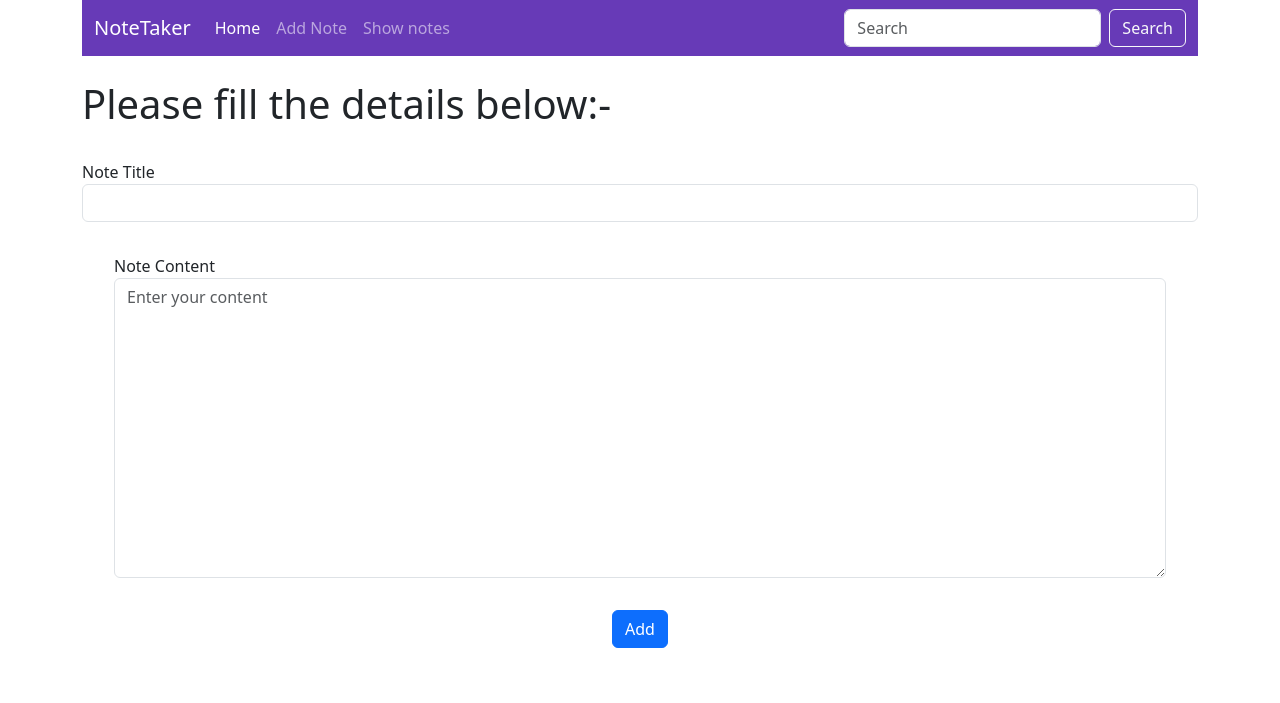
Repository: smritihbtu/Note-Maker
Page: http://localhost/NoteTaker/add_notes.jsp
An editor plug-in stored every save of this project. The page is shown before and after the next save, followed by the edit.
The browser window is 1280 px wide. The pictures show the whole page.
The page is served by Tomcat 9. Other server files are loaded and not shown.

Above is the page before, as saved 2023-08-20 07:49:26.

### NoteTaker/src/main/webapp/add_notes.jsp
<%@ page language="java" contentType="text/html; charset=ISO-8859-1"
    pageEncoding="ISO-8859-1"%>
<!DOCTYPE html>
<html>
<head>
<meta charset="ISO-8859-1">
<meta charset="utf-8">
    <meta name="viewport" content="width=device-width, initial-scale=1">
    <title>Bootstrap demo</title>
    <link rel="stylesheet" href="css/style.css" />
  <link href="https://cdn.jsdelivr.net/npm/bootstrap@5.3.1/dist/css/bootstrap.min.css" rel="stylesheet" integrity="sha384-4bw+/aepP/YC94hEpVNVgiZdgIC5+VKNBQNGCHeKRQN+PtmoHDEXuppvnDJzQIu9" crossorigin="anonymous">

<title>Insert title here</title>
</head>
<body>
<div class="container">
<%@include file="navbar.jsp" %>

<br>
<h1>Please fill the details below:-</h1>
<br>

<!-- form added  -->

<form action="SaveNoteServlet" method="post" >
  <div class="form-group">
    <label for="title" >Note Title</label>
    <input required type="text" class="form-control" id="title" aria-describedby="emailHelp">

  </div>



  <div class="form-group p-3 m-3">
    <label for="content" >Note Content</label>
    <textarea required id="content" placeholder= "Enter your content"
    class="form-control " style = "height:300px;"></textarea>
  </div>
  <div class="container text-center">
  <button type="submit" class="btn btn-primary">Add</button>
  </div>
</form>
</div>
</body>
</html>

### NoteTaker/src/main/webapp/navbar.jsp
<nav class="navbar navbar-expand-lg navbar-dark purple">
  <div class="container-fluid">
    <a class="navbar-brand" href="#">NoteTaker</a>
    <button class="navbar-toggler" type="button" data-bs-toggle="collapse" data-bs-target="#navbarSupportedContent" aria-controls="navbarSupportedContent" aria-expanded="false" aria-label="Toggle navigation">
      <span class="navbar-toggler-icon"></span>
    </button>
    <div class="collapse navbar-collapse" id="navbarSupportedContent">
      <ul class="navbar-nav me-auto mb-2 mb-lg-0">
        <li class="nav-item">
          <a class="nav-link active" aria-current="page" href="index.jsp">Home</a>
        </li>
        <li class="nav-item">
          <a class="nav-link" href="add_notes.jsp">Add Note</a>
        </li>

        <li class="nav-item">
          <a class="nav-link " href="all_notes.jsp">Show notes</a>
        </li>
      </ul>
      <form class="d-flex" role="search">
        <input class="form-control me-2" type="search" placeholder="Search" aria-label="Search">
        <button class="btn btn-outline-light" type="submit">Search</button>
      </form>
    </div>
  </div>
</nav>
</html>

### NoteTaker/src/main/webapp/css/style.css
.purple{
	background :#673ab7;
}
/* .container{
	background-color: red;
} */

After the next save:
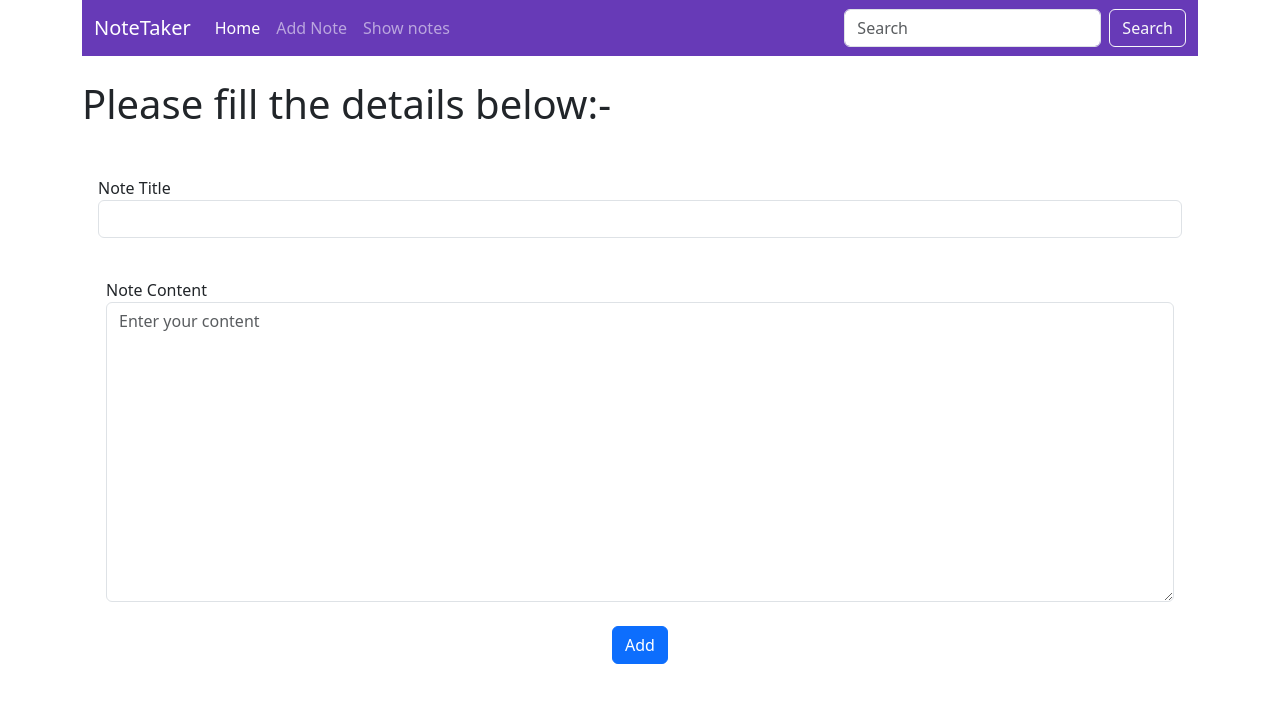
Saved 51 s later.
--- a/NoteTaker/src/main/webapp/add_notes.jsp
+++ b/NoteTaker/src/main/webapp/add_notes.jsp
@@ -23,7 +23,7 @@
 <!-- form added  -->
 
 <form action="SaveNoteServlet" method="post" >
-  <div class="form-group">
+  <div class="form-group p-3">
     <label for="title" >Note Title</label>
     <input required type="text" class="form-control" id="title" aria-describedby="emailHelp">
 
@@ -31,7 +31,7 @@
 
 
 
-  <div class="form-group p-3 m-3">
+  <div class="form-group p-3 m-2">
     <label for="content" >Note Content</label>
     <textarea required id="content" placeholder= "Enter your content"
     class="form-control " style = "height:300px;"></textarea>
